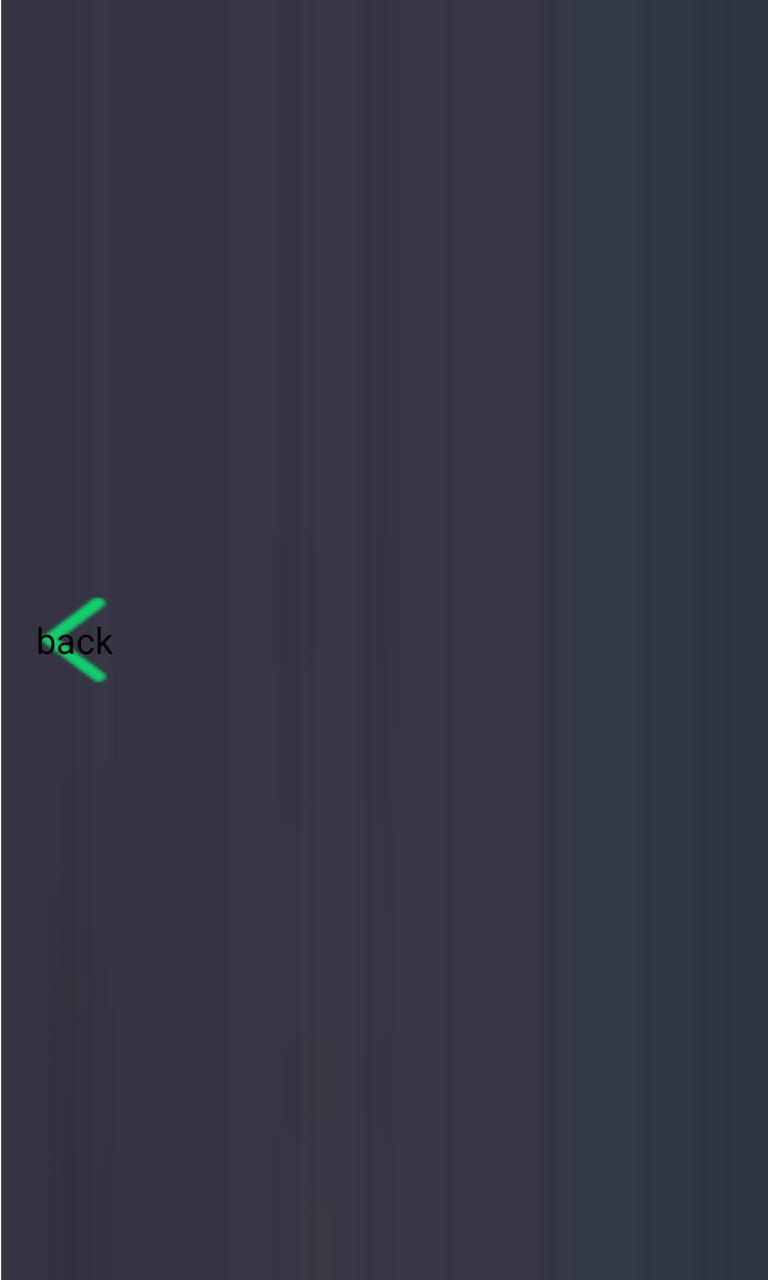
Repository: liujianpc/AndroidStudy
Layout: UICustomViews/res/layout/title.xml
The author's editor kept a copy of each file at every save. The layout is drawn from the files as they stood at one save, then again after the next save.
It is drawn on a 768 x 1280 px phone screen (xhdpi) without system bars, with theme AppTheme; the app's code is not run.

Above is the layout before, as saved 2016-07-24 09:03:49.

After the next save:
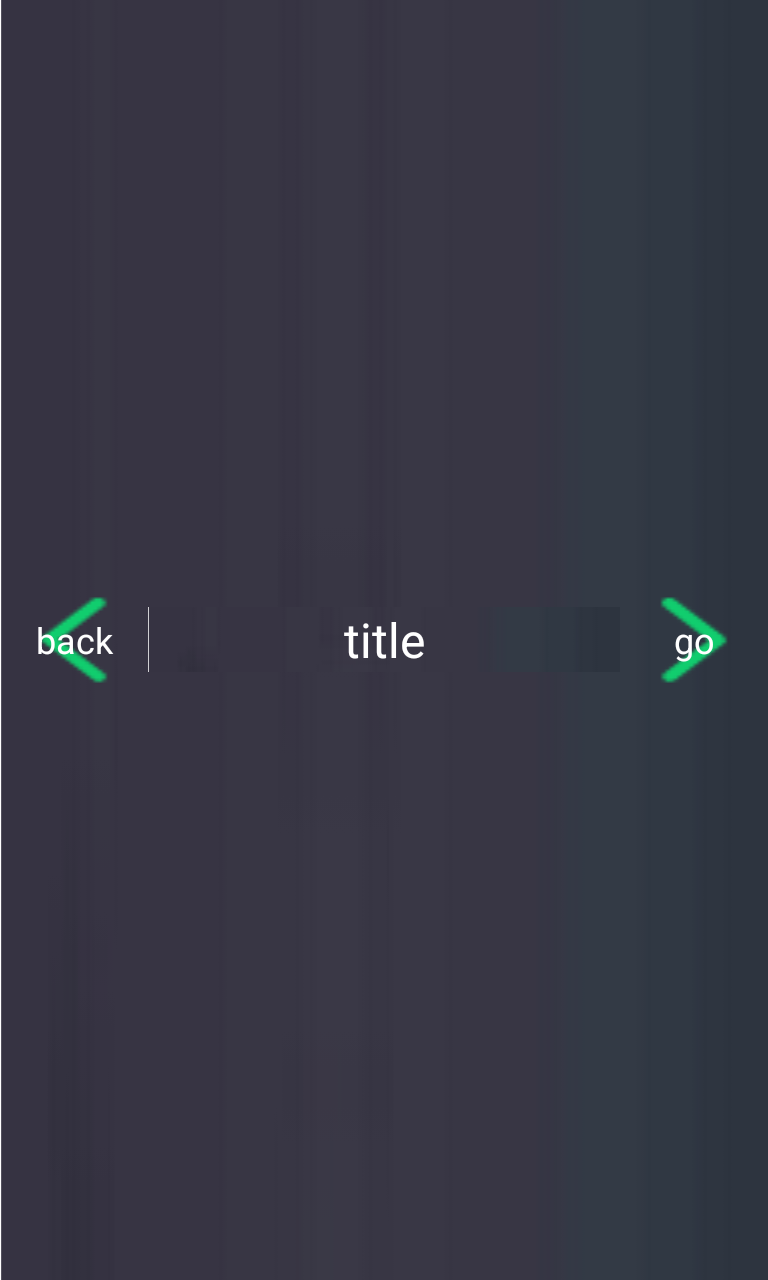
Saved 6 min 8 s later.
--- a/UICustomViews/res/layout/title.xml
+++ b/UICustomViews/res/layout/title.xml
@@ -6,13 +6,36 @@
     android:background="@drawable/background" >
 
    <Button
+       android:id="@+id/back_button"
        android:layout_width="wrap_content"
        android:layout_height="wrap_content"
        android:layout_gravity="center"
        android:layout_margin="5dp"
        android:background="@drawable/left"
        android:text="back"
+       android:textColor="#fff"
+       />
+   <TextView
+       android:id="@+id/title"
+       android:layout_width="0dp"
+       android:layout_height="wrap_content"
+       android:layout_gravity="center"
+       android:layout_weight="1"
+       android:gravity="center"
+       android:text="title"
+       android:textSize="24sp"
+       android:textColor="#fff"
+       android:background="@drawable/background"
+       />
+     <Button
+       android:id="@+id/go_button"
+       android:layout_width="wrap_content"
+       android:layout_height="wrap_content"
+       android:layout_gravity="center"
+       android:layout_margin="5dp"
+       android:background="@drawable/right"
+       android:text="go"
+       android:textColor="#fff"
        />
 
-
 </LinearLayout>
